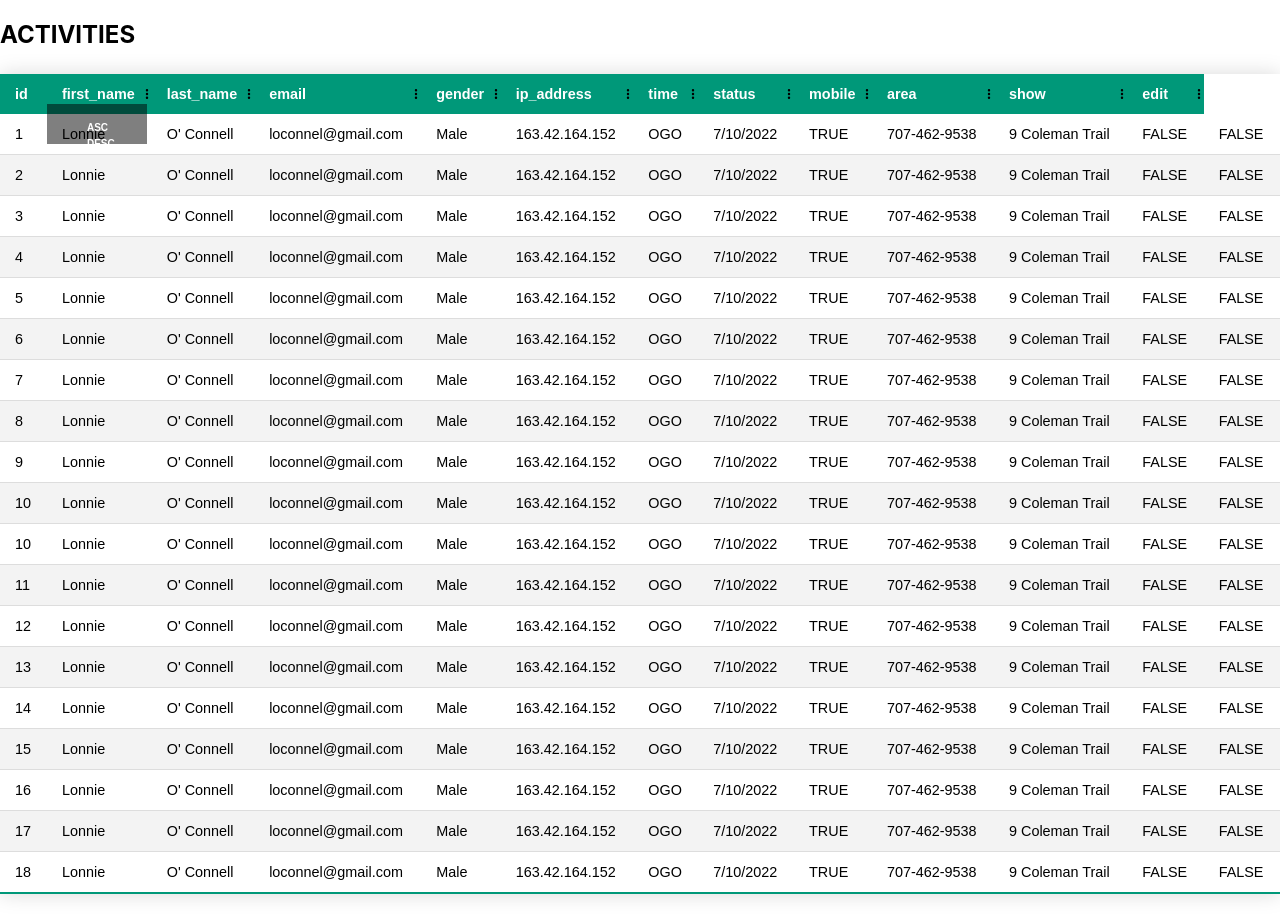
Repository: kartik077-cr7/Ckart
Page: /, after clicking the first element matching `img`
An editor plug-in stored every save of this project. The page is shown before and after the next save, followed by the edit.
The browser window is 1280 px wide. The pictures show the whole page.
The project was rebuilt for these pictures with package versions that can differ from the ones it lists, and the page was loaded fresh each time.

Above is the page before, as saved 2022-12-10 18:21:24.

### src/App.js
import Table from "./components/Table";
import './App.css';

const driversData = [
  {
    id: 1,
    first_name: "Lonnie",
		last_name: "O' Connell ",
		email: "loconnel@gmail.com",
		gender: "Male",
		ip_address: "163.42.164.152",
		airport_code:"OGO",
		time:"7/10/2022",
		status:"TRUE",
		mobile:"707-462-9538",
		area: "9 Coleman Trail",
		show: "FALSE",
		edit: "FALSE"
  },
  {
    id: 2,
    first_name: "Lonnie",
		last_name: "O' Connell ",
		email: "loconnel@gmail.com",
		gender: "Male",
		ip_address: "163.42.164.152",
		airport_code:"OGO",
		time:"7/10/2022",
		status:"TRUE",
		mobile:"707-462-9538",
		area: "9 Coleman Trail",
		show: "FALSE",
		edit: "FALSE"
  },
  {
    id: 3,
    first_name: "Lonnie",
		last_name: "O' Connell ",
		email: "loconnel@gmail.com",
		gender: "Male",
		ip_address: "163.42.164.152",
		airport_code:"OGO",
		time:"7/10/2022",
		status:"TRUE",
		mobile:"707-462-9538",
		area: "9 Coleman Trail",
		show: "FALSE",
		edit: "FALSE"
  },
  {
    id: 4,
    first_name: "Lonnie",
		last_name: "O' Connell ",
		email: "loconnel@gmail.com",
		gender: "Male",
		ip_address: "163.42.164.152",
		airport_code:"OGO",
		time:"7/10/2022",
		status:"TRUE",
		mobile:"707-462-9538",
		area: "9 Coleman Trail",
		show: "FALSE",
		edit: "FALSE"
  },
  {
    id: 5,
		first_name: "Lonnie",
		last_name: "O' Connell ",
		email: "loconnel@gmail.com",
		gender: "Male",
		ip_address: "163.42.164.152",
		airport_code:"OGO",
		time:"7/10/2022",
		status:"TRUE",
		mobile:"707-462-9538",
		area: "9 Coleman Trail",
		show: "FALSE",
		edit: "FALSE"
  },
  {
    id: 6,
		first_name: "Lonnie",
		last_name: "O' Connell ",
		email: "loconnel@gmail.com",
		gender: "Male",
		ip_address: "163.42.164.152",
		airport_code:"OGO",
		time:"7/10/2022",
		status:"TRUE",
		mobile:"707-462-9538",
		area: "9 Coleman Trail",
		show: "FALSE",
		edit: "FALSE"
  },
  {
    id: 7,
		first_name: "Lonnie",
		last_name: "O' Connell ",
		email: "loconnel@gmail.com",
		gender: "Male",
		ip_address: "163.42.164.152",
		airport_code:"OGO",
		time:"7/10/2022",
		status:"TRUE",
		mobile:"707-462-9538",
		area: "9 Coleman Trail",
		show: "FALSE",
		edit: "FALSE"
  },
  {
    id: 8,
		first_name: "Lonnie",
		last_name: "O' Connell ",
		email: "loconnel@gmail.com",
		gender: "Male",
		ip_address: "163.42.164.152",
		airport_code:"OGO",
		time:"7/10/2022",
		status:"TRUE",
		mobile:"707-462-9538",
		area: "9 Coleman Trail",
		show: "FALSE",
		edit: "FALSE"
  },
  {
    id: 9,
		first_name: "Lonnie",
		last_name: "O' Connell ",
		email: "loconnel@gmail.com",
		gender: "Male",
		ip_address: "163.42.164.152",
		airport_code:"OGO",
		time:"7/10/2022",
		status:"TRUE",
		mobile:"707-462-9538",
		area: "9 Coleman Trail",
		show: "FALSE",
		edit: "FALSE"
  },
  {
    id: 10,
    first_name: "Lonnie",
		last_name: "O' Connell ",
		email: "loconnel@gmail.com",
		gender: "Male",
		ip_address: "163.42.164.152",
		airport_code:"OGO",
		time:"7/10/2022",
		status:"TRUE",
		mobile:"707-462-9538",
		area: "9 Coleman Trail",
		show: "FALSE",
		edit: "FALSE"
  },
  {
    id: 10,
		first_name: "Lonnie",
		last_name: "O' Connell ",
		email: "loconnel@gmail.com",
		gender: "Male",
		ip_address: "163.42.164.152",
		airport_code:"OGO",
		time:"7/10/2022",
		status:"TRUE",
		mobile:"707-462-9538",
		area: "9 Coleman Trail",
		show: "FALSE",
		edit: "FALSE"

  },
  {
    id: 11,
    first_name: "Lonnie",
		last_name: "O' Connell ",
		email: "loconnel@gmail.com",
		gender: "Male",
		ip_address: "163.42.164.152",
		airport_code:"OGO",
		time:"7/10/2022",
		status:"TRUE",
		mobile:"707-462-9538",
		area: "9 Coleman Trail",
		show: "FALSE",
		edit: "FALSE"
  },
  {
    id: 12,
    first_name: "Lonnie",
		last_name: "O' Connell ",
		email: "loconnel@gmail.com",
		gender: "Male",
		ip_address: "163.42.164.152",
		airport_code:"OGO",
		time:"7/10/2022",
		status:"TRUE",
		mobile:"707-462-9538",
		area: "9 Coleman Trail",
		show: "FALSE",
		edit: "FALSE"
  },
  {
    id: 13,
		first_name: "Lonnie",
		last_name: "O' Connell ",
		email: "loconnel@gmail.com",
		gender: "Male",
		ip_address: "163.42.164.152",
		airport_code:"OGO",
		time:"7/10/2022",
		status:"TRUE",
		mobile:"707-462-9538",
		area: "9 Coleman Trail",
		show: "FALSE",
		edit: "FALSE"
  },
  {
    id: 14,
		first_name: "Lonnie",
		last_name: "O' Connell ",
		email: "loconnel@gmail.com",
		gender: "Male",
		ip_address: "163.42.164.152",
		airport_code:"OGO",
		time:"7/10/2022",
		status:"TRUE",
		mobile:"707-462-9538",
		area: "9 Coleman Trail",
		show: "FALSE",
		edit: "FALSE"
  },
  {
    id: 15,
		first_name: "Lonnie",
		last_name: "O' Connell ",
		email: "loconnel@gmail.com",
		gender: "Male",
		ip_address: "163.42.164.152",
		airport_code:"OGO",
		time:"7/10/2022",
		status:"TRUE",
		mobile:"707-462-9538",
		area: "9 Coleman Trail",
		show: "FALSE",
		edit: "FALSE"
  },
  {
    id: 16,
		first_name: "Lonnie",
		last_name: "O' Connell ",
		email: "loconnel@gmail.com",
		gender: "Male",
		ip_address: "163.42.164.152",
		airport_code:"OGO",
		time:"7/10/2022",
		status:"TRUE",
		mobile:"707-462-9538",
		area: "9 Coleman Trail",
		show: "FALSE",
		edit: "FALSE"
  },
  {
    id: 17,
		first_name: "Lonnie",
		last_name: "O' Connell ",
		email: "loconnel@gmail.com",
		gender: "Male",
		ip_address: "163.42.164.152",
		airport_code:"OGO",
		time:"7/10/2022",
		status:"TRUE",
		mobile:"707-462-9538",
		area: "9 Coleman Trail",
		show: "FALSE",
		edit: "FALSE"
  },
  {
    id: 18,
		first_name: "Lonnie",
		last_name: "O' Connell ",
		email: "loconnel@gmail.com",
		gender: "Male",
		ip_address: "163.42.164.152",
		airport_code:"OGO",
		time:"7/10/2022",
		status:"TRUE",
		mobile:"707-462-9538",
		area: "9 Coleman Trail",
		show: "FALSE",
		edit: "FALSE"
  },
];


function App() {
  return (
    <div className="App">
			<Table
			   data = {driversData}
			   headingColumns={["id","first_name","last_name","email","gender","ip_address","time","status","mobile","area","show","edit"]}
				 title = "Activities"
			/>
    </div>
  );
}

export default App;

### src/components/Table.js
import React from "react";
import Column from "./Column";

const Table = ({ data,headingColumns,title,handleFilter,sortedCol }) => {

	const rowDatas = data.map((row,index) => {

		let rowData = [];
		let i = 0;

		for(const key in row){
			rowData.push({
				key: headingColumns[i],
				val: row[key]
			});
			i++;
		}

		const checkStatus = (data) => {
			if(data.key == 'status')
			{
				if(data.val == 'FALSE')
				  return 'red';
				else
				  return 'green';
			}
			else
			  return '';
		}

		return <tr key={index}>
		{rowData.map((data, index) => <td key={index} className={checkStatus(data)}  data-heading={data.key}>{data.val}</td>)}
	  </tr>
	})

	return (
		<div className="table-container">
			<div className="table-title">
				<h2>{title.toUpperCase()}</h2>
			</div>
			<table className="table-class">
				<thead>
					<tr>
						{headingColumns.map((col,index) => (
							<Column sortedCol={sortedCol} handleFilter={handleFilter} key={index} column_name={col} index={index}/>
						))}
					</tr>
				</thead>
				<tbody>
					{rowDatas}
				</tbody>
			</table>
		</div>
	)
}

export default Table;

### src/App.css
.table-container{
	width: 100%;
}
.table-class{
	width: 100%;
	border-collapse: collapse;
	margin: 25px 0;
	font-size: 0.9em;
	font-family: sans-serif;
	min-width: 400px;
	box-shadow: 0 0 20px rgba(0, 0, 0, 0.15);
}

.table-class thead tr {
	background-color: #009879;
	color: #ffffff;
	text-align: left;
}

.table-class th,
.table-class td {
    padding: 12px 15px;
}

.table-class tbody tr {
	border-bottom: 1px solid #dddddd;
}

.table-class tbody tr:nth-of-type(even) {
	background-color: #f3f3f3;
}

.table-class tbody tr:last-of-type {
	border-bottom: 2px solid #009879;
}

.table-class tbody tr.active-row {
	font-weight: bold;
	color: #009879;
}

.modal {
	position: absolute;
	left: 0;
	top: 30px;
	right: 0;
	bottom: 0;
	background-color: rgba(0,0,0,0.5);
	height: 40px;
	width:  100px;
}

.modal-body{
	padding: 0px;
}

li:before {
  position: absolute;
  content: "";
  width: 100%;
  height: 100%;
  bottom: 0;
  left: 0;
  background-color:#F68026;
  z-index: -1;
  transform: scale(0);
  transition: transform 0.5s ease-in-out;
}

li {
	cursor: pointer;
	display: inline-block;
	width: 100%;
}

li:hover {
	background-color: rgb(179, 255, 0);
}

### src/components/Column.js
import React from 'react';
import { useState } from 'react';
import Dots from "../svg/vertical_dot.svg";
import Modal from './Modal';

const Column = ({column_name,index}) => {

	const [open, setOpen] = useState(false);

	const handleOpen = () => {
		console.log("opening modal ");
		setOpen(!open);
	};

	const handleClose = () => {
    setOpen(false);
	};

	return (
		<th key = {index} style={{position:"relative"}} onClick = {() => {if(open)setOpen(false) } }>
			{column_name}
			{open && <Modal/>}
			{ index !== 0 && <img
			  onClick = {handleOpen}
				src = {Dots}
				style={{
					width: "10px",
					height: "10px",
					top: "15px",
					right: "0px",
					position: "absolute",
					cursor: "pointer",
				}}
			 />
			}
		</th>
	)
};

export default Column;

### src/components/Modal.js
import React from "react";

const Modal = () => {

	const handleClicko = (val) => {
		console.log("clicke ",val);
	}

	return(
		<div className="modal">
		    <ul>
					<li style={{fontSize:"10px"}} onClick={() => handleClicko(1) }>ASC</li>
					<li style={{fontSize:"10px"}} onClick={() => handleClicko(2) }>DESC</li>
				</ul>
		</div>
	)
};

export default Modal;

Loaded but not shown: public/index.html (common file); src/index.js (common file); src/index.css (common file); src/reportWebVitals.js (common file)

After the next save:
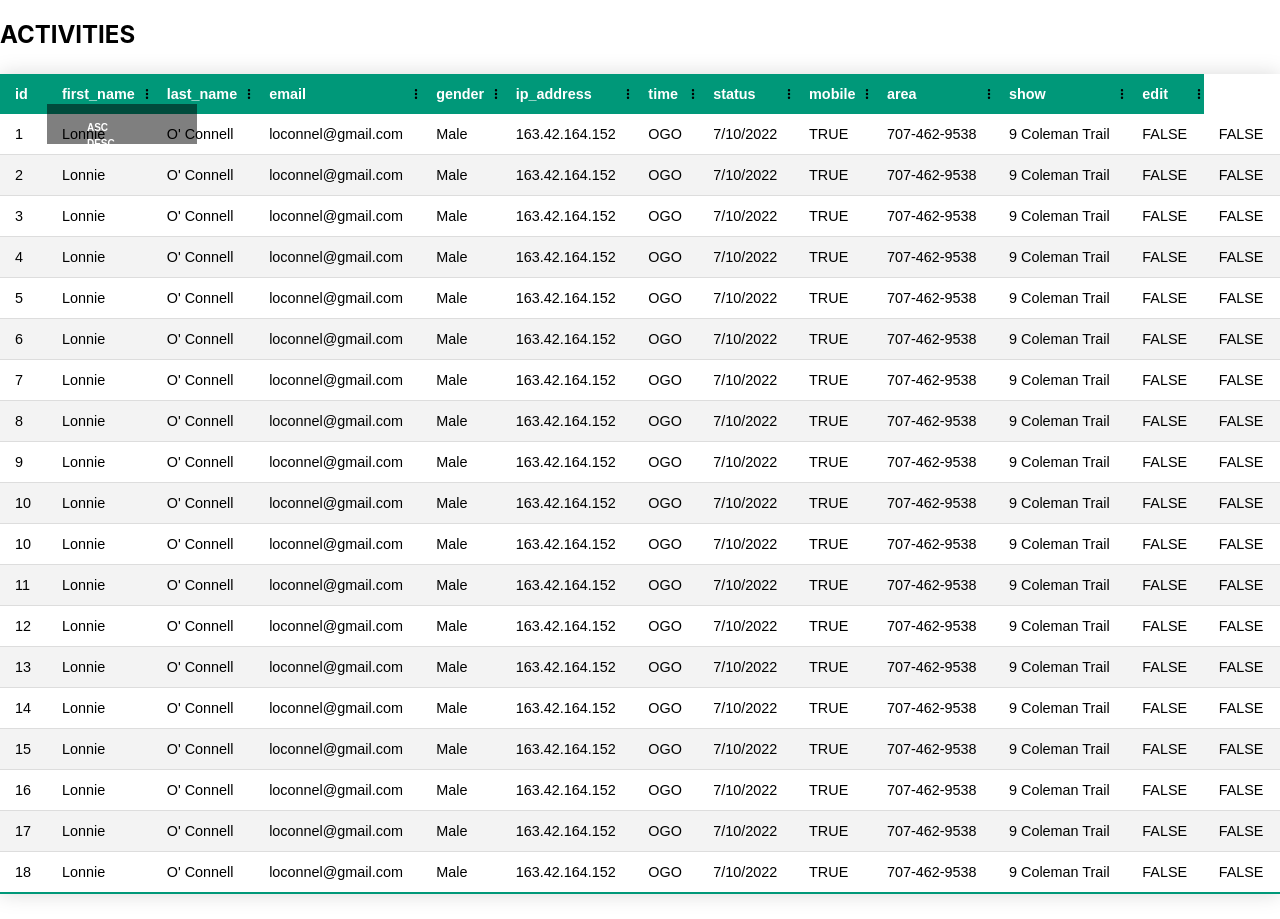
Saved 12 s later.
--- a/src/App.css
+++ b/src/App.css
@@ -47,7 +47,7 @@
 	bottom: 0;
 	background-color: rgba(0,0,0,0.5);
 	height: 40px;
-	width:  100px;
+	width:  150px;
 }
 
 .modal-body{

After the 2 saves that followed:
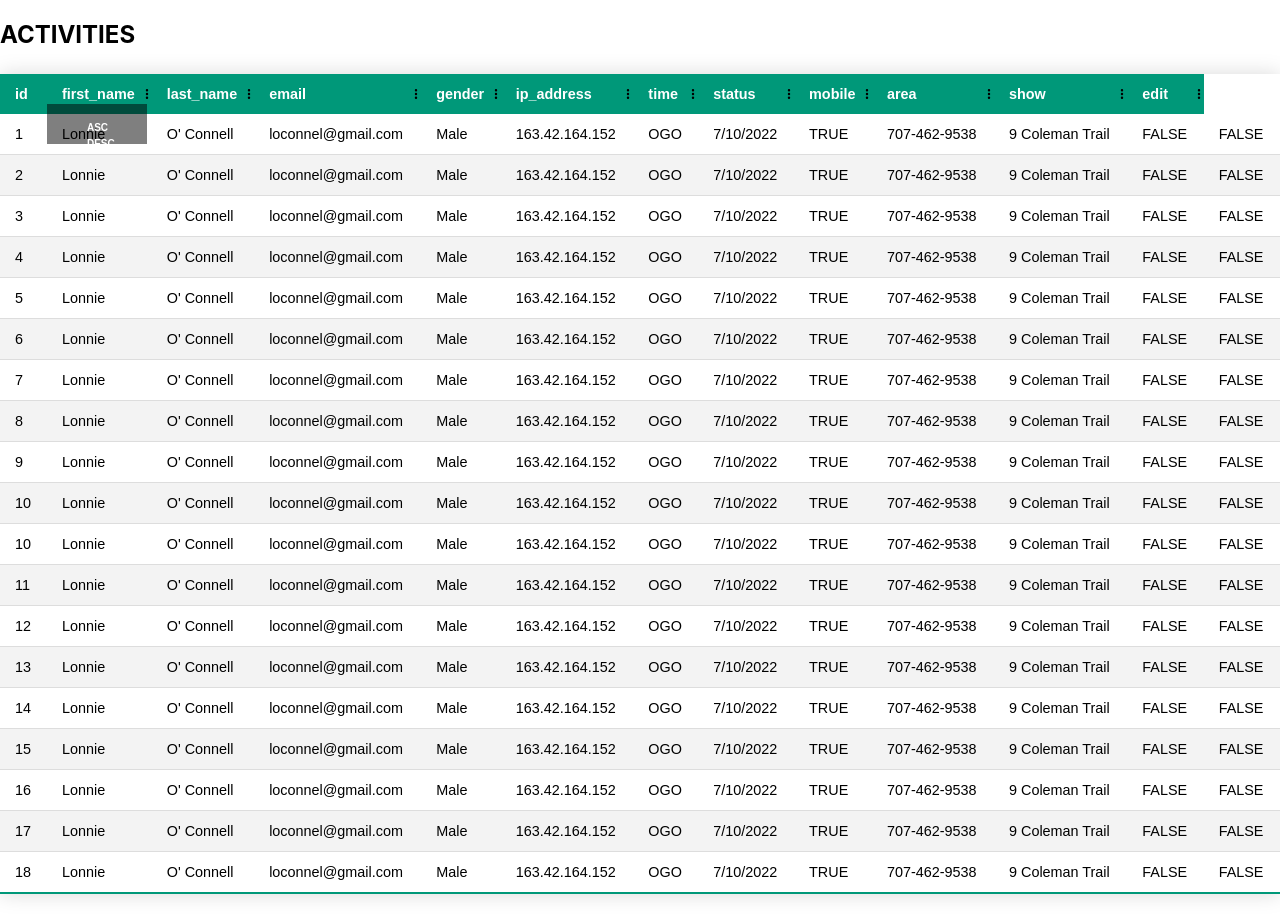
The 2 saves are shown as one change because they came seconds apart.
The last was saved 7 s later.
--- a/src/App.css
+++ b/src/App.css
@@ -47,7 +47,7 @@
 	bottom: 0;
 	background-color: rgba(0,0,0,0.5);
 	height: 40px;
-	width:  150px;
+	width:  100px;
 }
 
 .modal-body{
